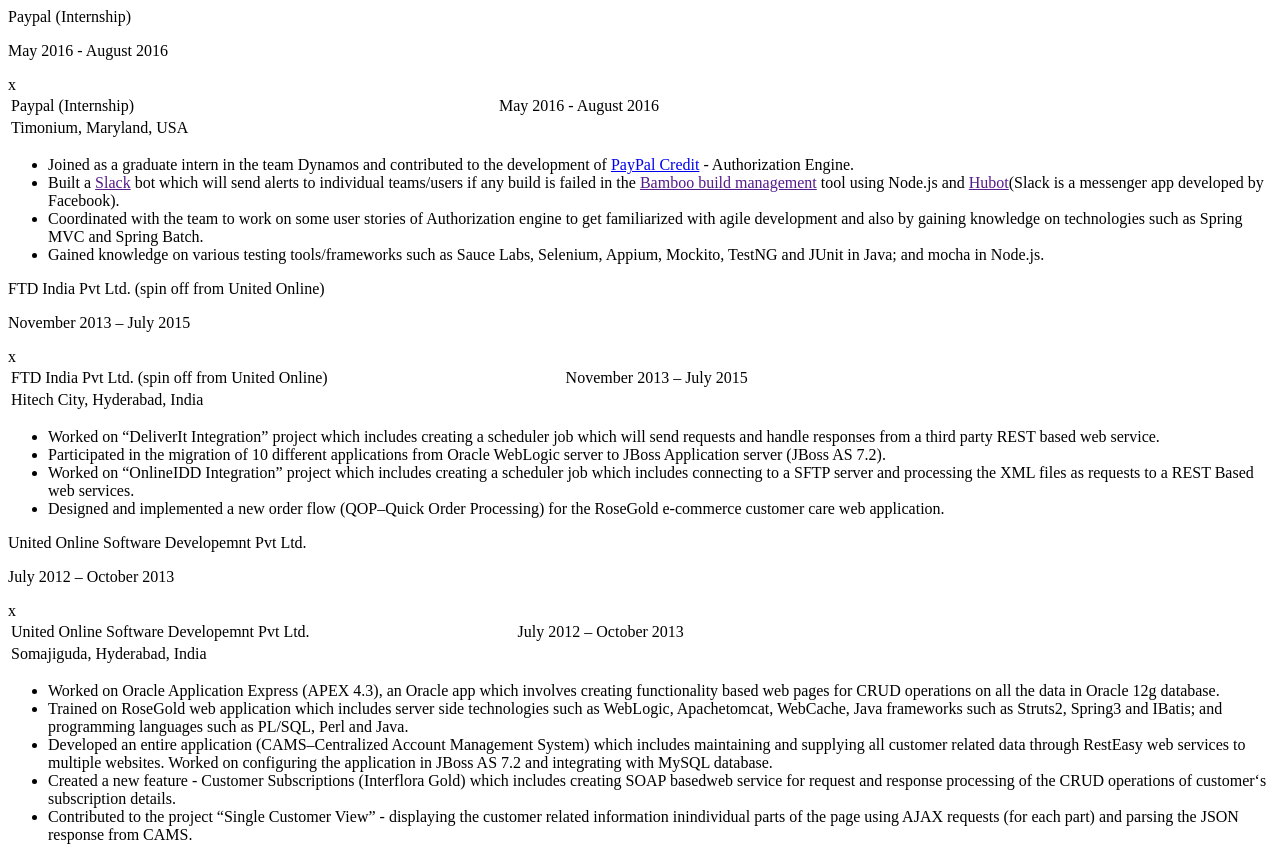
Repository: phanindrakannaji/Resume
Page: http://localhost/application/pages/experience.php
An editor plug-in stored every save of this project. The page is shown before and after the next save, followed by the edit.
The browser window is 1280 px wide. The pictures show the whole page.
The page is run by PHP 8.4 with error messages shown; the project is at /var/www/html/.

Above is the page before, as saved 2016-09-25 19:03:58.
Console error: ReferenceError: $ is not defined

After the next save:
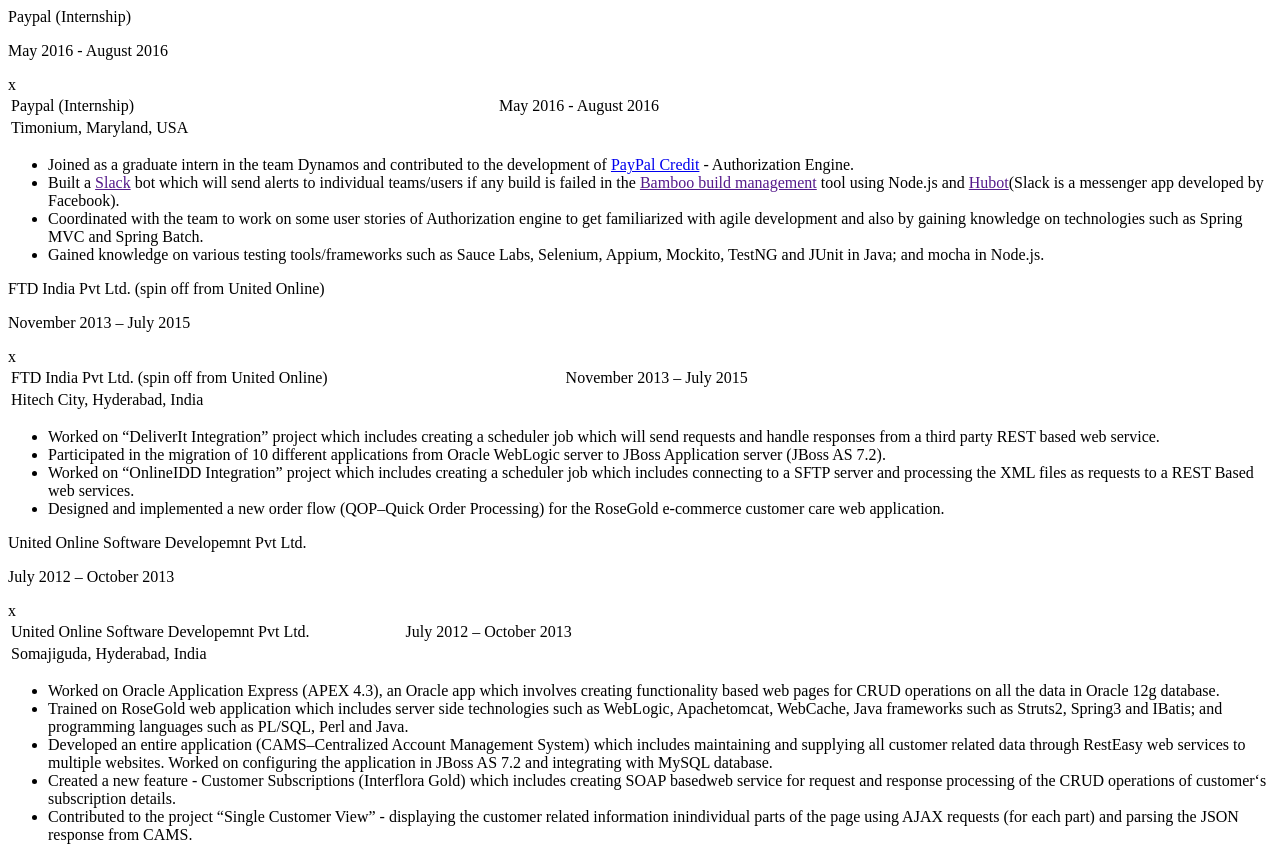
Saved 88 s later.
--- a/Resume/application/pages/experience.php
+++ b/Resume/application/pages/experience.php
@@ -91,8 +91,8 @@
 			<span class="close">x</span>
 			<table>
 				<tr>
-					<td class="customfont2 smalltext" width="75%">United Online Software Developemnt Pvt Ltd.</td>
-					<td class="customfont2 smalltext" width="25%">July 2012 – October 2013</td>
+					<td class="customfont2 smalltext" width="70%">United Online Software Developemnt Pvt Ltd.</td>
+					<td class="customfont2 smalltext" >July 2012 – October 2013</td>
 				</tr>
 				<tr>
 					<td class="customfont2 smalltext">Somajiguda, Hyderabad, India</td>
